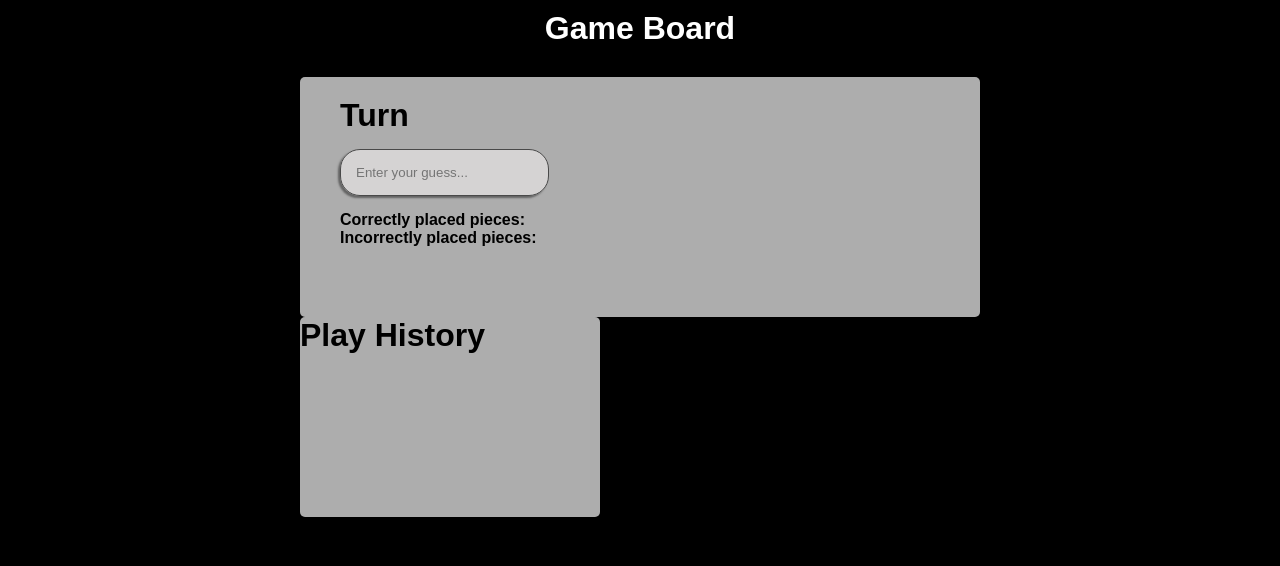
Repository: programmer686/Mastermind-with-Next.js
Page: /, after clicking the first element matching `button.StartScreen_51d34_startscreen__play_button`
An editor plug-in stored every save of this project. The page is shown before and after the next save, followed by the edit.
The browser window is 1280 px wide. The pictures show the whole page.
The project was rebuilt for these pictures with package versions that can differ from the ones it lists, and the page was loaded fresh each time. The framework's server and built-in components were replaced by stand-ins that run in the browser. Also part of the build but not shown: next.config.js, src/styles/StartScreen.module.css.

Above is the page before, as saved 2023-07-18 19:47:12.

### src/pages/index.js

import Head from 'next/head'
import Image from 'next/image'
import { Inter } from 'next/font/google'
import styles from '@/styles/Home.module.css'
import StartScreen from '@/comps/StartScreen'
import { useState } from 'react'
import GameBoard from '@/comps/GameBoard'

const inter = Inter({ subsets: ['latin'] })

export default function Home() {
  const [startGame, setStartGame] = useState(true);

  function handleStart() {
    setStartGame(prev => prev ? prev == false : prev == prev);
  }
  return (
    <>
      <Head>
        <title>Create Next App</title>
        <meta name="description" content="Generated by create next app" />
        <meta name="viewport" content="width=device-width, initial-scale=1" />
        <link rel="icon" href="/favicon.ico" />
      </Head>
     <main className={styles.index__body}>
        {startGame ? <StartScreen handleStart={handleStart}/> : <GameBoard/>}
     </main>
    </>
  )
}

### src/styles/Home.module.css


.index__body {
  margin: 0;
  padding: 0;
  box-sizing: border-box;
  width: 100vw;
  height: 100vh;
  background-color: black;
}

### src/comps/StartScreen.js
import styles from '@/styles/StartScreen.module.css'

export default function StartScreen(props) {
    return (
        <main className={styles.startscreen__body}>
            <p className={styles.startscreen__game_name}>Mastermind Game</p>
            <button onClick={props.handleStart} className={styles.startscreen__play_button}>Play Game</button>
        </main>
    )
}

### src/comps/GameBoard.js
import styles from '@/styles/GameBoard.module.css'
import PastPlay from './PastPlay'
import GamePlay from './GamePlay'
import { useState } from 'react'
import StartScreen from './StartScreen'

export default function GameBoard() {





    return (
        <main>
            <div className={styles.GameBoard__header}>
                <h1 className={styles.GameBoard__name}>Game Board</h1>
            </div>
            <div className={styles.GameBoard__body}>
                {/* <PastPlay playHistory={playHistory}/> */}
                <GamePlay/>
            </div>
        </main>
    )

}

### src/styles/GameBoard.module.css
.GameBoard__header {
    width: 100%;
    padding: 10px 0px;
    text-align: center;
}

.GameBoard__body {
    width: 100%;
    padding: 20px 0px;
    display: flex;
    justify-content: space-around;
    align-items: center;
}

.GameBoard__name {
    font-weight: bolder;
    font-family: Arial, Helvetica, sans-serif;
    color: white;
}

.GameBoard__tomany {
    font-weight: 700;
    font-weight: bolder;
    font-family: Arial, Helvetica, sans-serif;
    color: red;
}

### src/comps/PastPlay.js
import styles from '@/styles/PastPlay.module.css'

export default function PastPlay(props) {

    const pastPlayHistory = props.playHistory.map(item => {
        return (
        <main>
            <div className={styles.PastPlay__results_body}>
                <p className={styles.PastPlay__name}>Correctly placed pieces: {item[0]}</p>
                <p className={styles.PastPlay__name}>Incorrectly placed pieces: {item[1]}</p>
            </div>
        </main>
        )
    })


    return (
        <main className={styles.PastPlay__board}>
            <h1 className={styles.PastPlay__name}>Play History</h1>
            {pastPlayHistory}
        </main>
    )
}

### src/comps/GamePlay.js
import styles from '@/styles/GamePlay.module.css'
import { useState } from 'react';
import Logic from './Logic';
import Results from './Results';
import PastPlay from './PastPlay';

export default function GamePlay(props) {
    const [userInput, setUserInput] = useState("")
    const [guessResults, setGuessResult] = useState([]);
    const [playHistory, setPlayHistory] = useState([]);

    function getUserValue(event) {
        if (!(/[a-zA-Z]/gi.test(event.target.value)) && event.target.value.length <= 4) {
            setUserInput(event.target.value);
        }
    }


  function submitUserInput(event) {
    if (event.key === "Enter") {
        event.preventDefault();
        setUserInput(userInput);
        let results = Logic(userInput, '1234');
        setGuessResult(results);
        setPlayHistory(prev => [...prev, results])
    }
  };

    return (
        <main>
            <div className={styles.GamePlay__board }>
                <h1 className={styles.GamePlay__title}>Turn</h1>
                <form>
                    <input
                        className={styles.GamePlay__userInput_btn}
                        value={userInput}
                        id="user_input"
                        type="text"
                        onChange={getUserValue}
                        onKeyDown={submitUserInput}
                        placeholder="Enter your guess..."
                    />
                </form>
                <Results correctly_placed={guessResults[0]} incorretly_placed={guessResults[1]}/>
            </div>

         <PastPlay playHistory={playHistory}/>

        </main>
    )
}

### src/styles/PastPlay.module.css
.PastPlay__board {
    max-width: 300px;
    border-radius: 5px;

    min-height: 200px;
    background: rgb(173, 173, 173);
}

.PastPlay__results_body {
    padding: 10px 5px;
    line-height:inherit;
}

.PastPlay__name {
    font-weight: bolder;
    font-family: Arial, Helvetica, sans-serif;
    color: black;
}

### src/styles/GamePlay.module.css
.GamePlay__board {
    padding: 20px 40px;
    width: 600px;
    border-radius: 5px;
    min-height: 200px;
    background: rgb(173, 173, 173);
}

.GamePlay__title {
    font-weight: bolder;
    font-family: Arial, Helvetica, sans-serif;
    color: black;
}

.GamePlay__error {
    font-size: 14px;
    font-weight: bolder;
    font-family: Arial, Helvetica, sans-serif;
    color: red;
}

.GamePlay__userInput_btn {
    background: rgba(245, 241, 241, 0.568)0000;
    padding: 15px;
    margin: 15px 0px;
    border: 1px solid rgb(73, 73, 73);
    box-shadow: -2px 2px 2px rgb(99, 99, 99);
    border-radius: 20px;
}

### src/comps/Logic.js
export default function Logic(user_input, code) {
    let right_placed_pieces = 0;
    let wrong_placed_pieces = 0;

    for (let i = 0; i < 4; i++) {
        let indexCode = code.indexOf(code[i]);
        let indexUser = code.indexOf(user_input[i]);

        if (code.includes(user_input[i]) && indexCode == indexUser) {
            right_placed_pieces++;
        } else if (code.includes(user_input[i]) ) {
            wrong_placed_pieces++;
        }
    }

    return [right_placed_pieces, wrong_placed_pieces];
}

### src/comps/Results.js
import styles from '@/styles/Results.module.css'

export default function Results(props) {
    return (
        <main>
            <p className={styles.Results__p_results}>Correctly placed pieces: {props.correctly_placed}</p>
            <p className={styles.Results__p_results}>Incorrectly placed pieces: {props.incorretly_placed}</p>
        </main>
    )
}

### src/styles/Results.module.css
.Results__p_results {
    font-weight: 700;
    font-weight: bolder;
    font-family: Arial, Helvetica, sans-serif;
}

Loaded but not shown: src/pages/_app.js (common file); src/pages/_document.js (common file); src/styles/globals.css (common file)

After the next save:
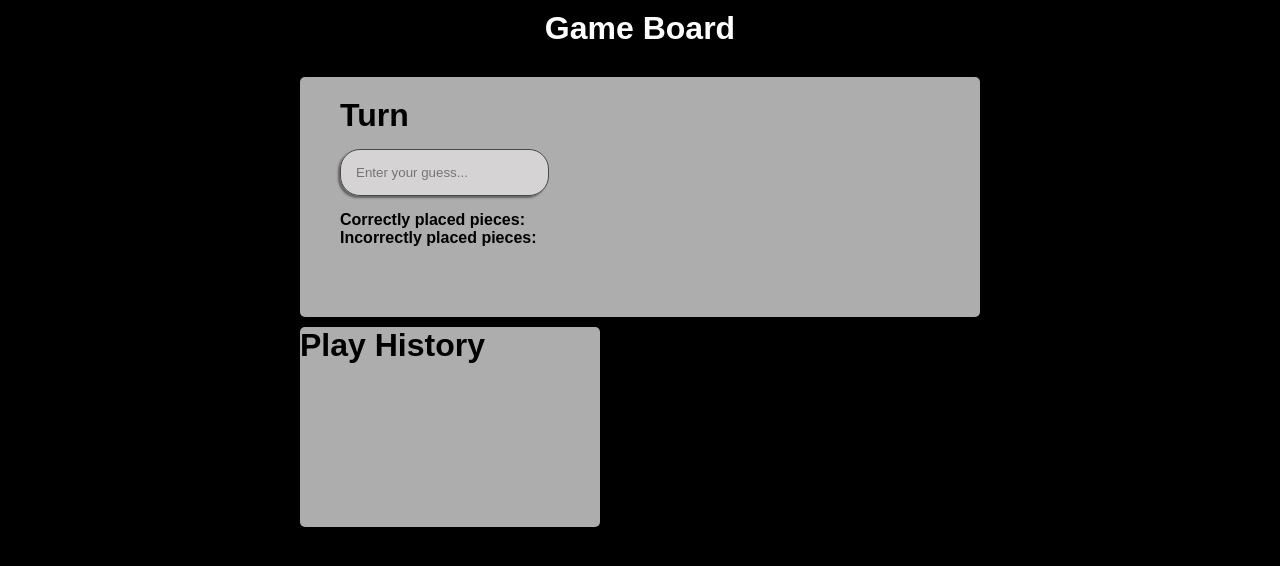
Saved 18 s later.
--- a/src/styles/PastPlay.module.css
+++ b/src/styles/PastPlay.module.css
@@ -8,10 +8,10 @@
 
 .PastPlay__results_body {
     padding: 10px 5px;
-    line-height:inherit;
 }
 
 .PastPlay__name {
+    margin: 10px 0px;
     font-weight: bolder;
     font-family: Arial, Helvetica, sans-serif;
     color: black;
